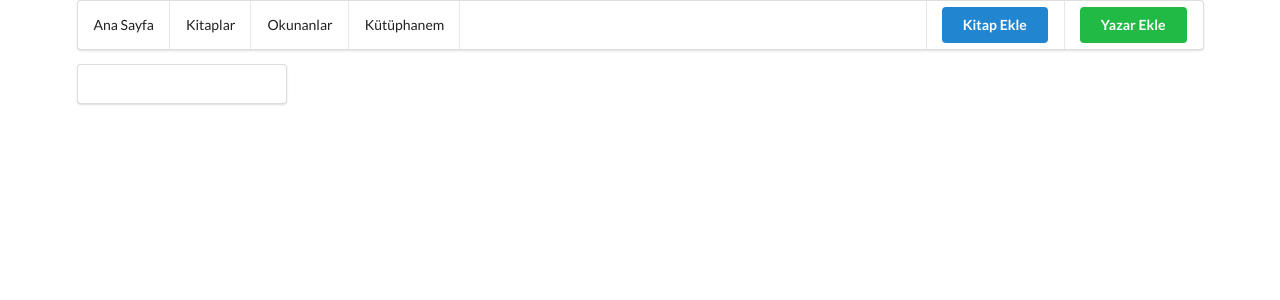
Repository: rizacantire/libraryReactApp
Page: /
An editor plug-in stored every save of this project. The page is shown before and after the next save, followed by the edit.
The browser window is 1280 px wide. The pictures show the whole page.
The page's requests for data from a server got no answer. The project was rebuilt for these pictures with package versions that can differ from the ones it lists, and the page was loaded fresh each time. No one was signed in, and anything a server would have sent is missing.

Above is the page before, as saved 2021-08-17 22:41:00.

After the next save:
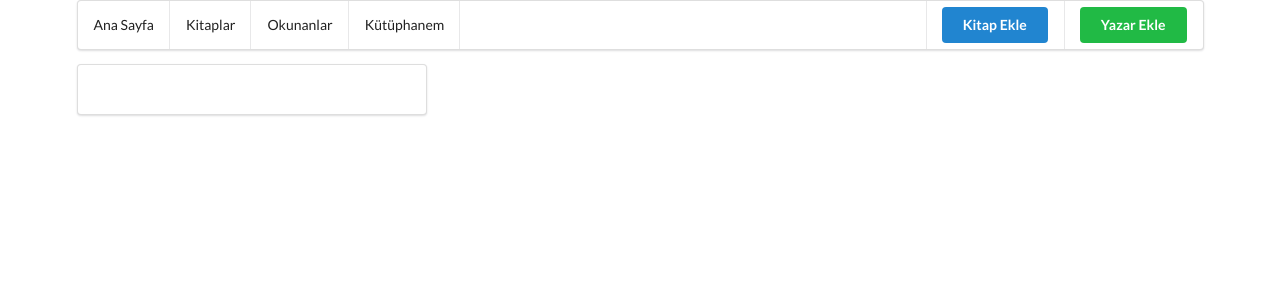
Saved 26 s later.
--- a/src/pages/CategoryList.jsx
+++ b/src/pages/CategoryList.jsx
@@ -13,7 +13,7 @@ export default function CategoryList() {
   }, []);
   return (
     <div>
-      <Menu vertical>
+      <Menu vertical size="massive">
         {categories.map((category) => (
           <Menu.Item key={category.categoryId}>
             <Link to={`/bookCategory/${category.categoryId}`}>
